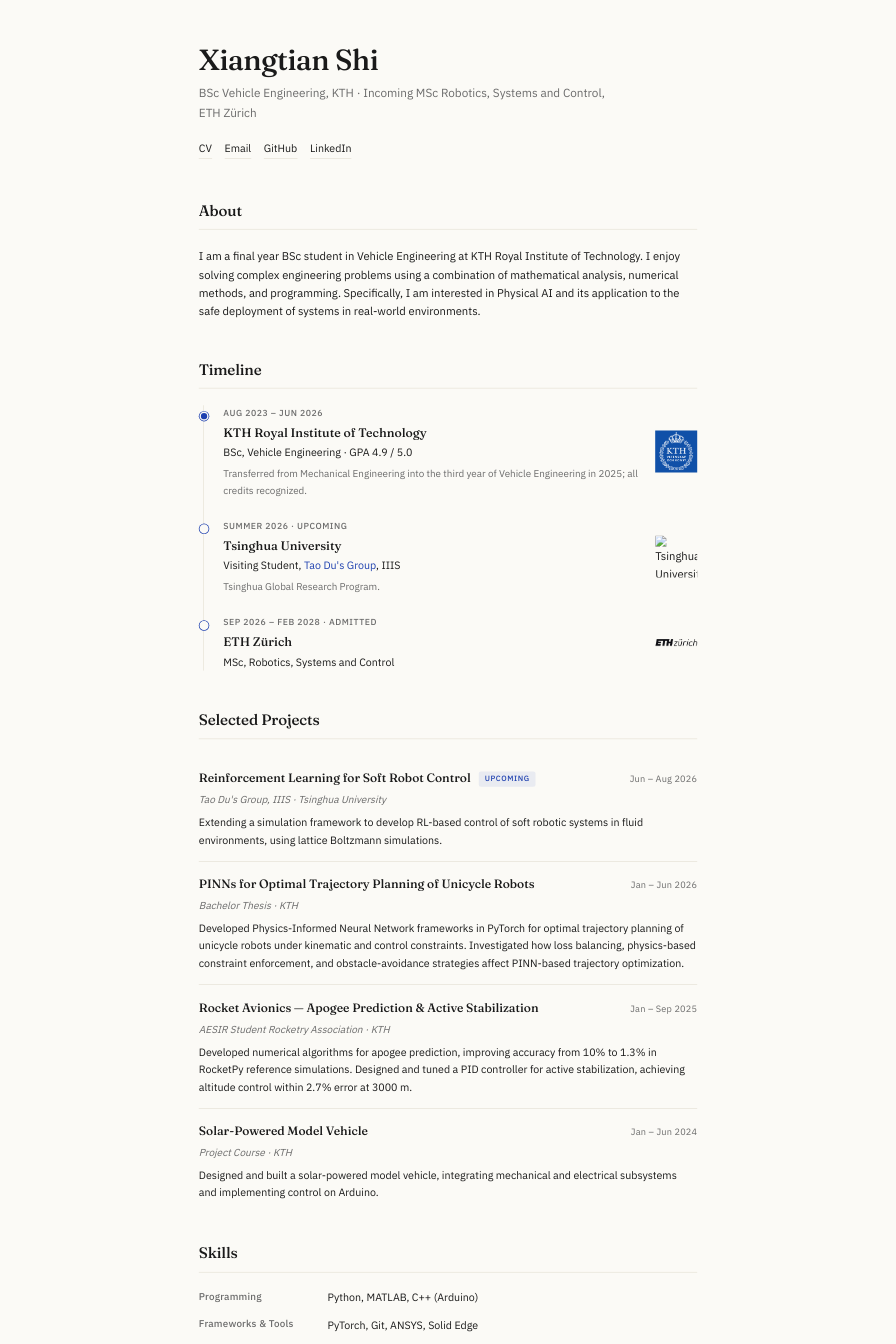
Repository: xitisch/xitisch.github.io
Page: index.html
The author's editor kept a copy of each file at every save. The page is drawn from the files as they stood at one save, then again after the next save.
The browser window is 1280 px wide. The pictures show the part of the page from y = 0 to 1920 px (the page is 2807 px tall), at 70% of full size.

Above is the page before, as saved 2026-06-08 02:19:42.
Not found: images/tsinghua.png

After the next save:
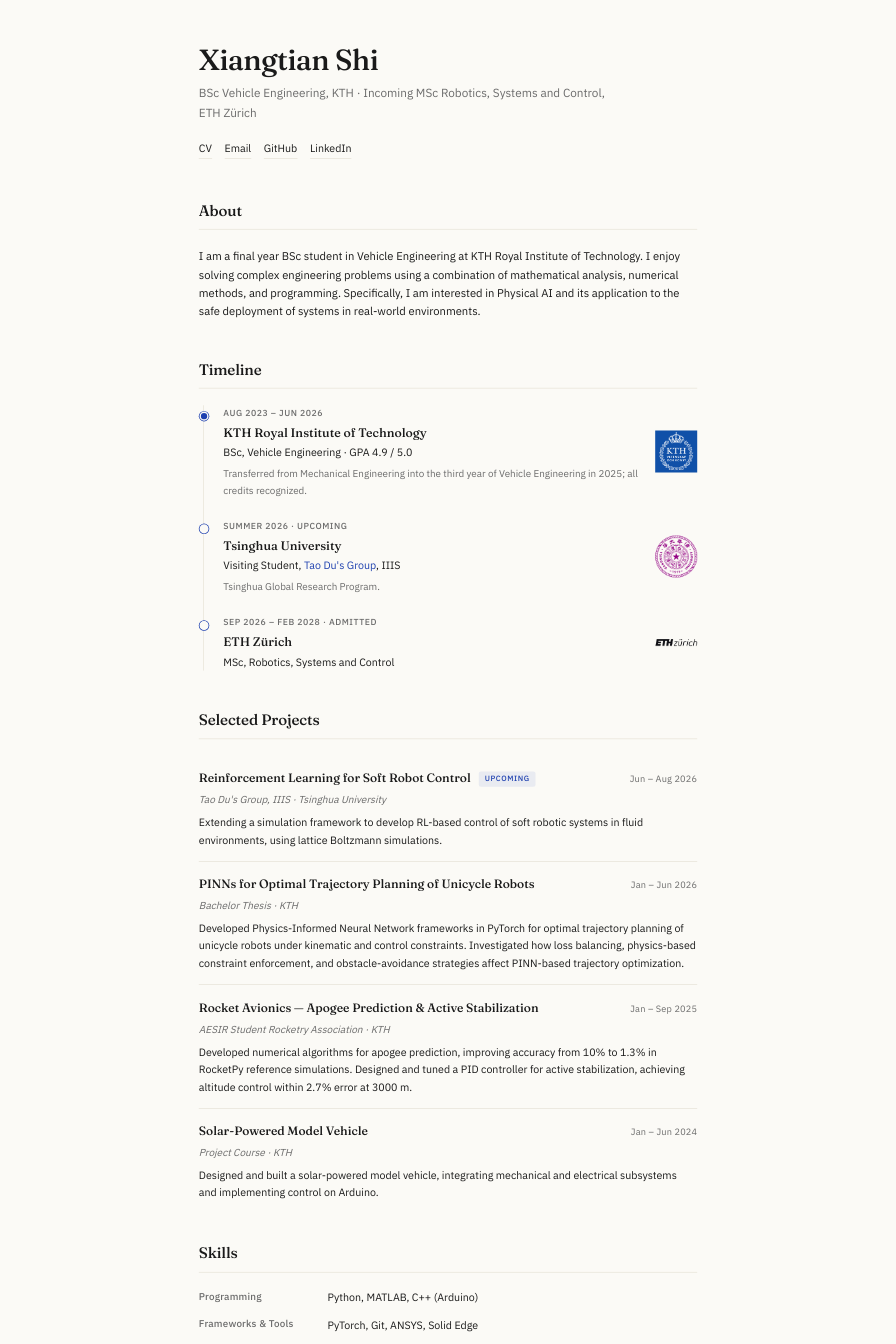
Saved 24 s later.
--- a/index.html
+++ b/index.html
@@ -48,7 +48,7 @@
             <div class="timeline-meta">Visiting Student, <a href="https://people.iiis.tsinghua.edu.cn/~taodu/">Tao Du's Group</a>, IIIS</div>
             <div class="timeline-note">Tsinghua Global Research Program.</div>
           </div>
-          <img class="timeline-logo" src="images/tsinghua.png" alt="Tsinghua University logo">
+          <img class="timeline-logo" src="images/thu.png" alt="Tsinghua University logo">
         </div>
 
         <div class="timeline-item future">
